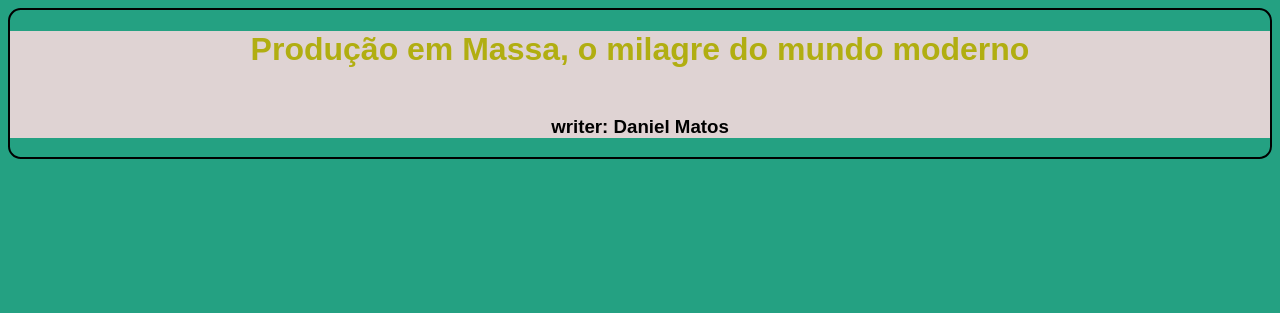
Repository: batmit/FutureFundation.github.io-1
Page: menu/articles/economia/prodção_em_massa.html
An editor plug-in stored every save of this project. The page is shown before and after the next save, followed by the edit.
The browser window is 1280 px wide. The pictures show the whole page.

Above is the page before, as saved 2021-11-03 14:46:06.

### menu/articles/economia/prodção_em_massa.html
<!DOCTYPE html>
<html lang="en">
<head>
    <meta charset="UTF-8">
    <meta http-equiv="X-UA-Compatible" content="IE=edge">
    <meta name="viewport" content="width=device-width, initial-scale=1.0">
    <title>Produção em Massa</title>
    <link rel="stylesheet" href="/menu/main.css">
    <link rel="icon" href="https://external-content.duckduckgo.com/iu/?u=https%3A%2F%2Fthumbs.dreamstime.com%2Fb%2Fprodu%25C3%25A7%25C3%25A3o-em-massa-3415078.jpg&f=1&nofb=1">
</head>
<body>
    <div id="all">
        <header>
            <h1>Produção em Massa, o milagre do mundo moderno</h1>
            <h3>writer: Daniel Matos</h3>
        </header>
    </div>
</body>
</html>

### menu/main.css
body{

    text-align: center;

    border: black 2px solid;

    border-radius: 0.8rem;

    font-family: 'Ubuntu', arial;

    background-color: rgb(36, 161, 130);


}

#articles {
    gap: 3px;
}

#all{

    background-color: rgb(223, 211, 211);

}


#codigo{
    text-align:left;

}


img{
    text-align: center;
    justify-content: center;

}

p{
    font-size: 20px;
    font-family: 'Ubuntu', arial;
}

a{
    border: 2px solid black;

    border-radius: 0.8rem;

    box-sizing: border-box;

    padding: 0.5rem;

    line-height:3rem;

    margin: 2px;


}

a:hover{

    background-color:#F0FFFF;

}

h1{

    margin-bottom: 3rem;

    color: rgb(177, 174, 17);

}

audio {
    -webkit-transition:all 0.5s linear;
    -moz-transition:all 0.5s linear;
    -o-transition:all 0.5s linear;
    transition:all 0.5s linear;
    -moz-box-shadow: 2px 2px 4px 0px #006773;
    -webkit-box-shadow:  2px 2px 4px 0px #006773;
    box-shadow: 2px 2px 4px 0px #006773;
    -moz-border-radius:7px 7px 7px 7px ;
    -webkit-border-radius:7px 7px 7px 7px ;
    border-radius:7px 7px 7px 7px ;
}

audio:hover, audio:focus, audio:active {

-webkit-box-shadow: 15px 15px 20px rgba(0,0, 0, 0.4);
-moz-box-shadow: 15px 15px 20px rgba(0,0, 0, 0.4);
box-shadow: 15px 15px 20px rgba(0,0, 0, 0.4);
-webkit-transform: scale(1.05);
-moz-transform: scale(1.05);
transform: scale(1.05);

}



@media (max-width: 900px) {


    a{

        display: block;
        line-height: 0.5rem;
        padding: 1rem;

    }

    #img{
        text-align: right;
    }

}

@media (prefers-color-scheme: dark) {
    #all{

        background-color: rgb(90, 73, 73);

    }

    h1{
        color: white
    }

    p{
        color: white;
    }

    a{
        background-color: aqua;
    }

    h3{
        color: white;
    }

    strong {
        color: white;
    }


}

After the next save:
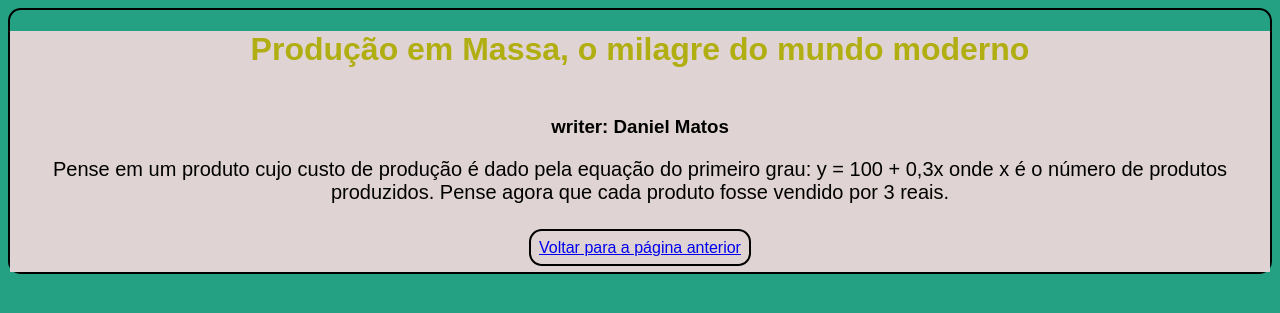
Saved 100 s later.
--- a/menu/articles/economia/prodção_em_massa.html
+++ b/menu/articles/economia/prodção_em_massa.html
@@ -14,6 +14,10 @@
             <h1>Produção em Massa, o milagre do mundo moderno</h1>
             <h3>writer: Daniel Matos</h3>
         </header>
+
+        <p>Pense em um produto cujo custo de produção é dado pela equação do primeiro grau: y = 100 + 0,3x onde x é o número de produtos produzidos. Pense agora que cada produto fosse vendido por 3 reais. </p>
+
+        <a href="./economia.html">Voltar para a página anterior</a>
     </div>
 </body>
 </html>
